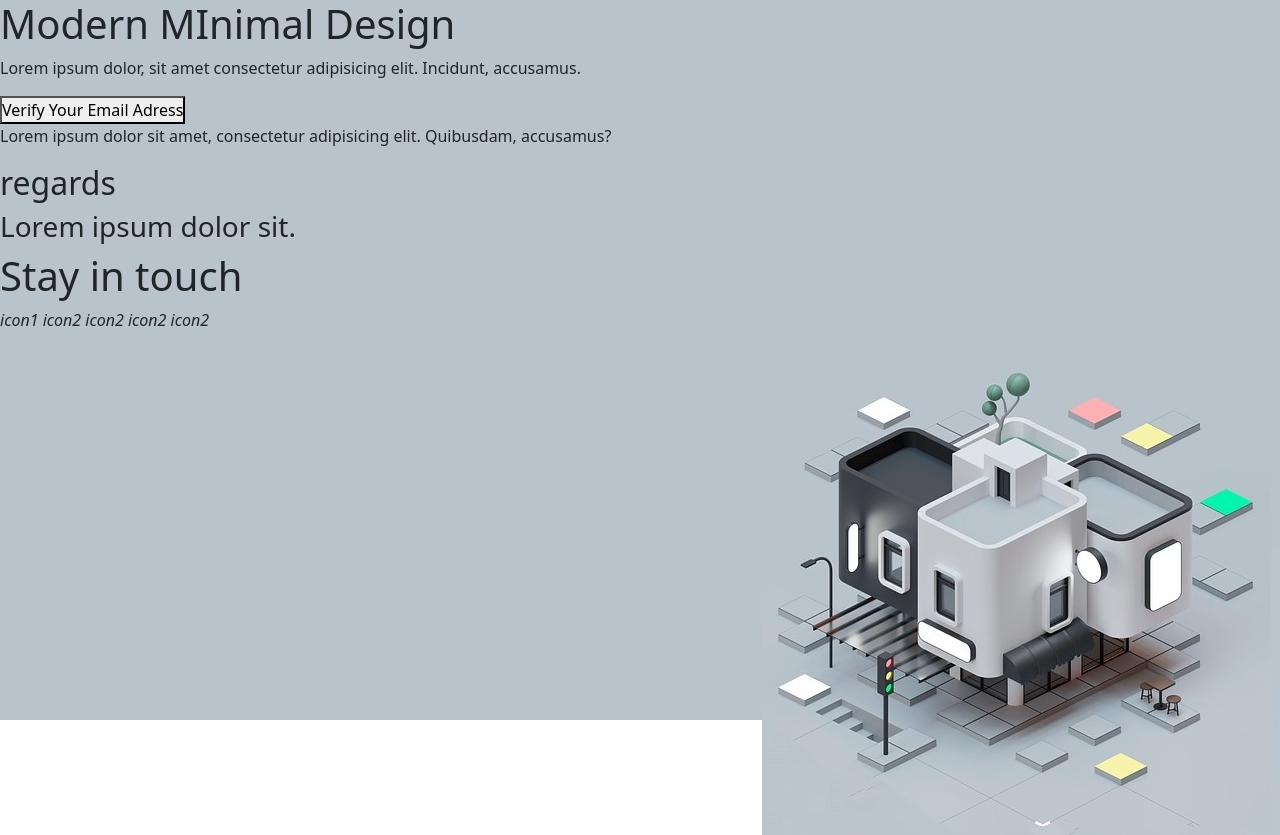
Repository: Aayush919/taskui
Page: index.html
The author's editor kept a copy of each file at every save. The page is drawn from the files as they stood at one save, then again after the next save.
The browser window is 1280 px wide. The pictures show the whole page.

Above is the page before, as saved 2024-01-12 12:30:50.

After the next save:
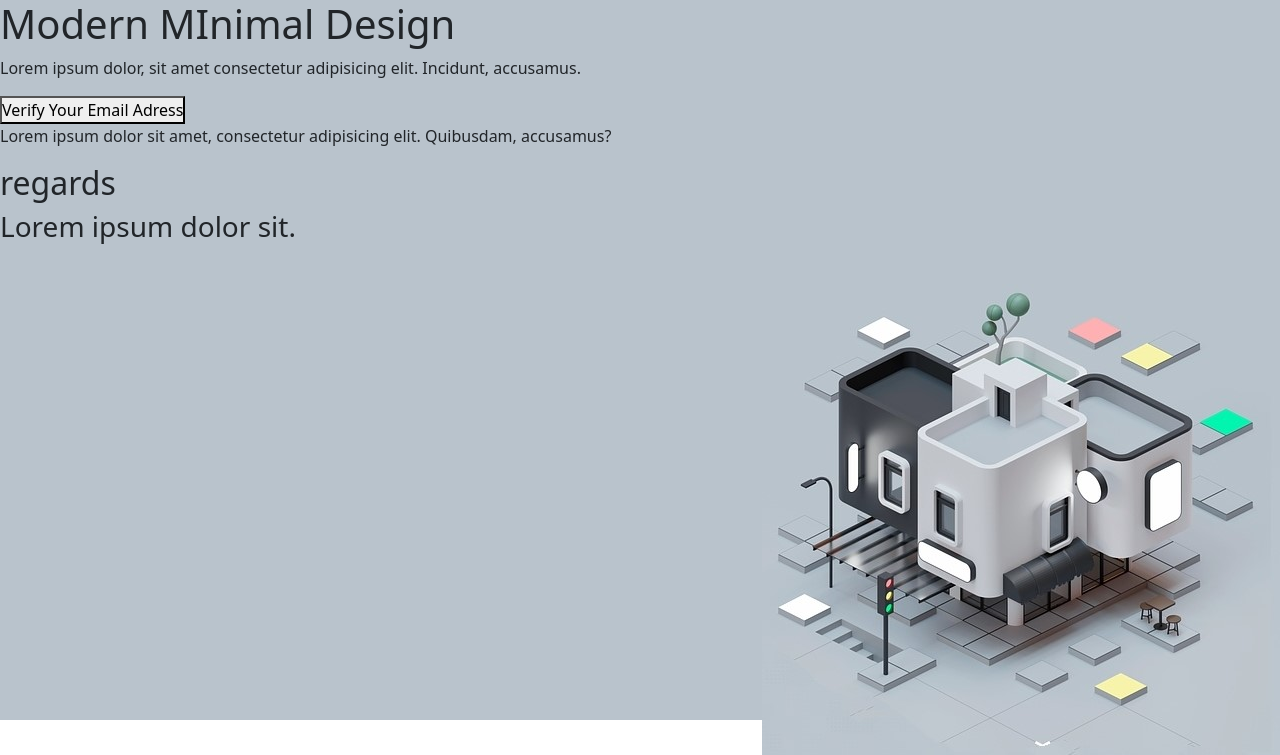
Saved 6 s later.
--- a/index.html
+++ b/index.html
@@ -24,16 +24,7 @@
             <h2>regards</h2>
             <h3>Lorem ipsum dolor sit.</h3>
           </div>
-          <div class="bottom">
-            <h1>Stay in touch</h1>
-             <div class="icons">
-                <i>icon1</i>
-                <i>icon2</i>
-                <i>icon2</i>
-                <i>icon2</i>
-                <i>icon2</i>
-             </div>
-          </div>
+
 
         </div>
         <div class="left">
